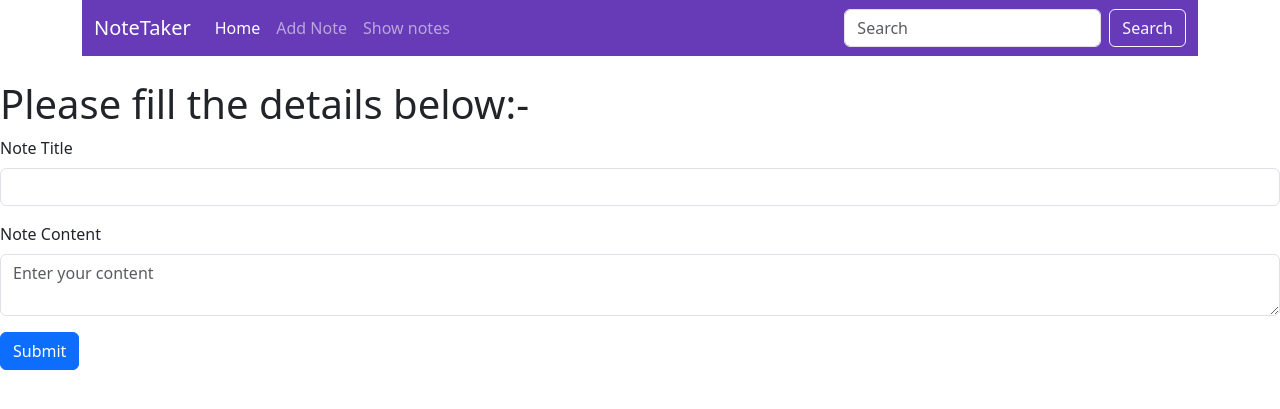
Repository: smritihbtu/Note-Maker
Page: http://localhost/NoteTaker/add_notes.jsp
These files come from the project's save history. The page is drawn as it stood at one moment and after the next save; the edit follows.
The browser window is 1280 px wide. The pictures show the whole page.
The page is served by Tomcat 9. Other server files are loaded and not shown.

Above is the page before, as saved 2023-08-20 06:54:50.

### NoteTaker/src/main/webapp/add_notes.jsp
<%@ page language="java" contentType="text/html; charset=ISO-8859-1"
    pageEncoding="ISO-8859-1"%>
<!DOCTYPE html>
<html>
<head>
<meta charset="ISO-8859-1">
<meta charset="utf-8">
    <meta name="viewport" content="width=device-width, initial-scale=1">
    <title>Bootstrap demo</title>
    <link rel="stylesheet" href="css/style.css" />
  <link href="https://cdn.jsdelivr.net/npm/bootstrap@5.3.1/dist/css/bootstrap.min.css" rel="stylesheet" integrity="sha384-4bw+/aepP/YC94hEpVNVgiZdgIC5+VKNBQNGCHeKRQN+PtmoHDEXuppvnDJzQIu9" crossorigin="anonymous">

<title>Insert title here</title>
</head>
<body>
<div class="container">
<%@include file="navbar.jsp" %>
</div>
<br>
<h1>Please fill the details below:-</h1>

<!-- form added  -->

<form action="SaveNoteServlet" method="post" >
  <div class="mb-3">
    <label for="title" class="form-label">Note Title</label>
    <input type="text" class="form-control" id="title" aria-describedby="emailHelp">
  </div>

  <div class="mb-3">
    <label for="exampleInputPassword1" class="form-label">Note Content</label>
    <textarea id="content" placeholder= "Enter your content"
    class="form-control"></textarea>
  </div>

  <button type="Add" class="btn btn-primary">Submit</button>
</form>

</body>
</html>

### NoteTaker/src/main/webapp/navbar.jsp
<nav class="navbar navbar-expand-lg navbar-dark purple">
  <div class="container-fluid">
    <a class="navbar-brand" href="#">NoteTaker</a>
    <button class="navbar-toggler" type="button" data-bs-toggle="collapse" data-bs-target="#navbarSupportedContent" aria-controls="navbarSupportedContent" aria-expanded="false" aria-label="Toggle navigation">
      <span class="navbar-toggler-icon"></span>
    </button>
    <div class="collapse navbar-collapse" id="navbarSupportedContent">
      <ul class="navbar-nav me-auto mb-2 mb-lg-0">
        <li class="nav-item">
          <a class="nav-link active" aria-current="page" href="index.jsp">Home</a>
        </li>
        <li class="nav-item">
          <a class="nav-link" href="add_notes.jsp">Add Note</a>
        </li>

        <li class="nav-item">
          <a class="nav-link " href="all_notes.jsp">Show notes</a>
        </li>
      </ul>
      <form class="d-flex" role="search">
        <input class="form-control me-2" type="search" placeholder="Search" aria-label="Search">
        <button class="btn btn-outline-light" type="submit">Search</button>
      </form>
    </div>
  </div>
</nav>
</html>

### NoteTaker/src/main/webapp/css/style.css
.purple{
	background :#673ab7;
}
/* .container{
	background-color: red;
} */

After the next save:
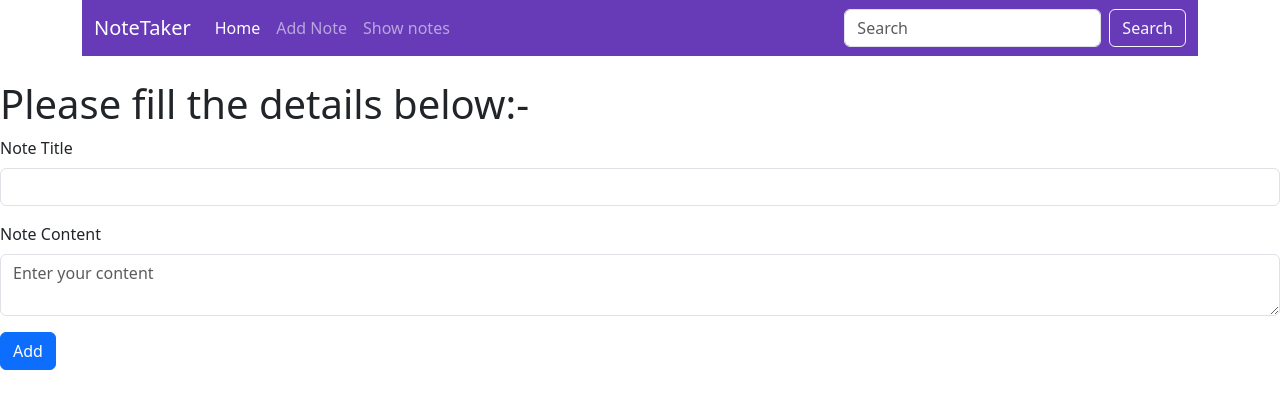
Saved 84 s later.
--- a/NoteTaker/src/main/webapp/add_notes.jsp
+++ b/NoteTaker/src/main/webapp/add_notes.jsp
@@ -33,7 +33,7 @@
     class="form-control"></textarea>
   </div>
 
-  <button type="Add" class="btn btn-primary">Submit</button>
+  <button type="submit" class="btn btn-primary">Add</button>
 </form>
 
 </body>
